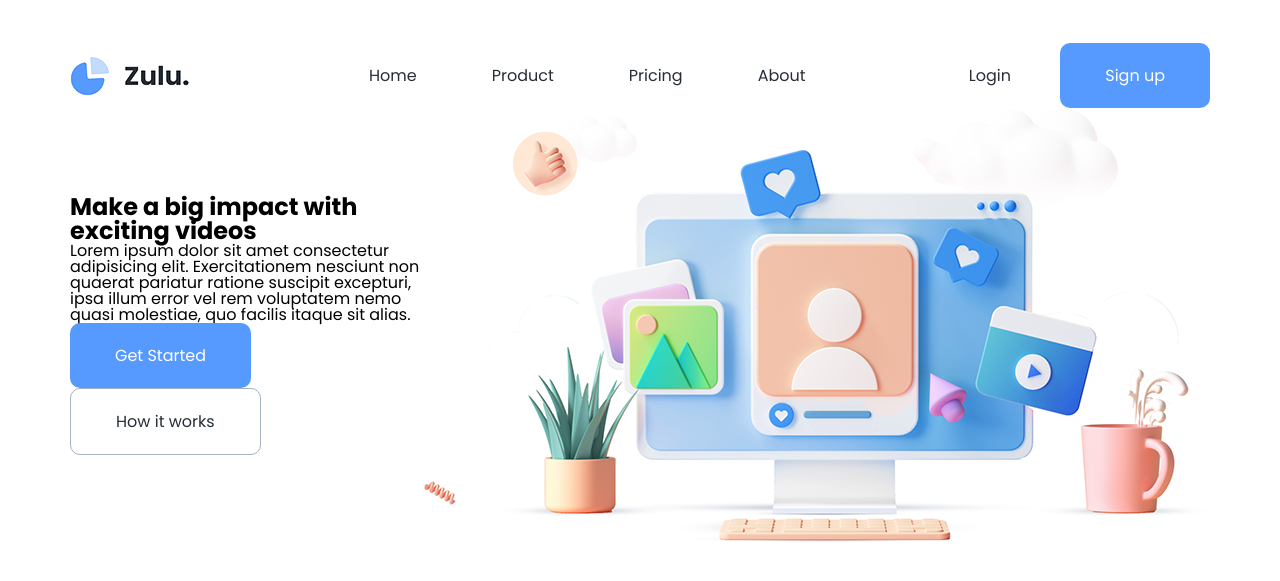
Repository: baodien1405/zulu-landing-page
Page: index.html
The author's editor kept a copy of each file at every save. The page is drawn from the files as they stood at one save, then again after the next save.
The browser window is 1280 px wide. The pictures show the whole page.
The style sheet was rebuilt from its Sass, Less or Tailwind sources for each picture, by a compiler version that may differ from the author's.

Above is the page before, as saved 2021-06-22 15:46:10.

After the next save:
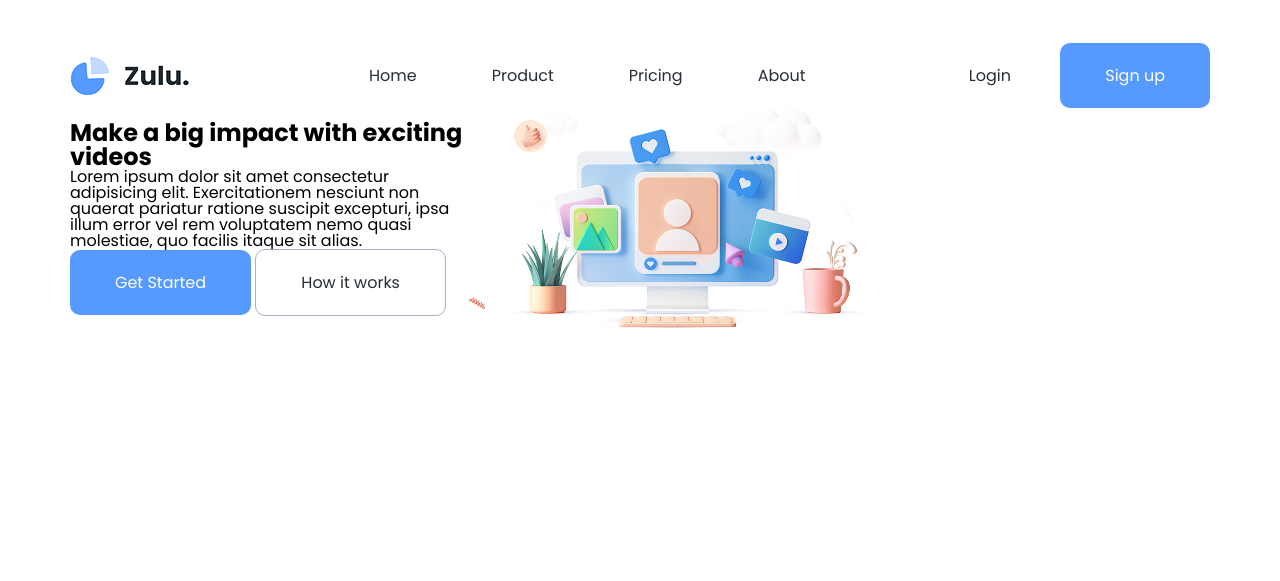
Saved 52 s later.
--- a/_banner.scss
+++ b/_banner.scss
@@ -2,4 +2,11 @@
   display: flex;
   align-items: center;
 
+  &-info {
+    width: 35%;
+  }
+
+  &-image {
+    width: 35%;
+  }
 }
